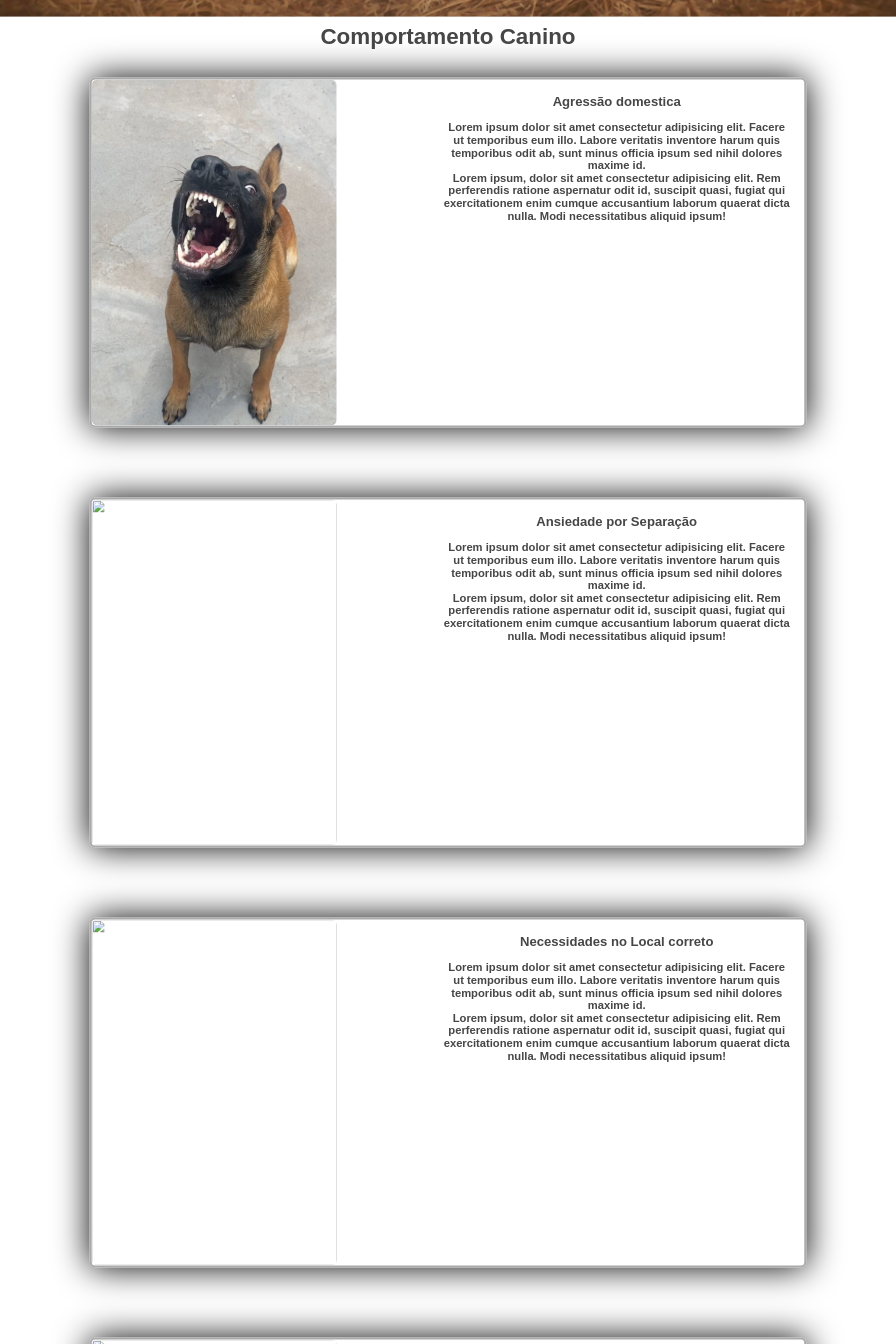
Repository: KevynMarques/Blog-React-StyledComponent
Page: /, after clicking the first element matching `button.sc-fqkvVR`
An editor plug-in stored every save of this project. The page is shown before and after the next save, followed by the edit.
The browser window is 1280 px wide. The pictures show the part of the page from y = 304 to 2224 px (the page is 3415 px tall), at 70% of full size.
The project was rebuilt for these pictures with package versions that can differ from the ones it lists, and the page was loaded fresh each time. Also part of the build but not shown: src/Components/Equipamentos/style.jsx, src/Components/Equipamentos/index.jsx.

Above is the page before, as saved 2022-02-02 16:17:02.

After the next save:
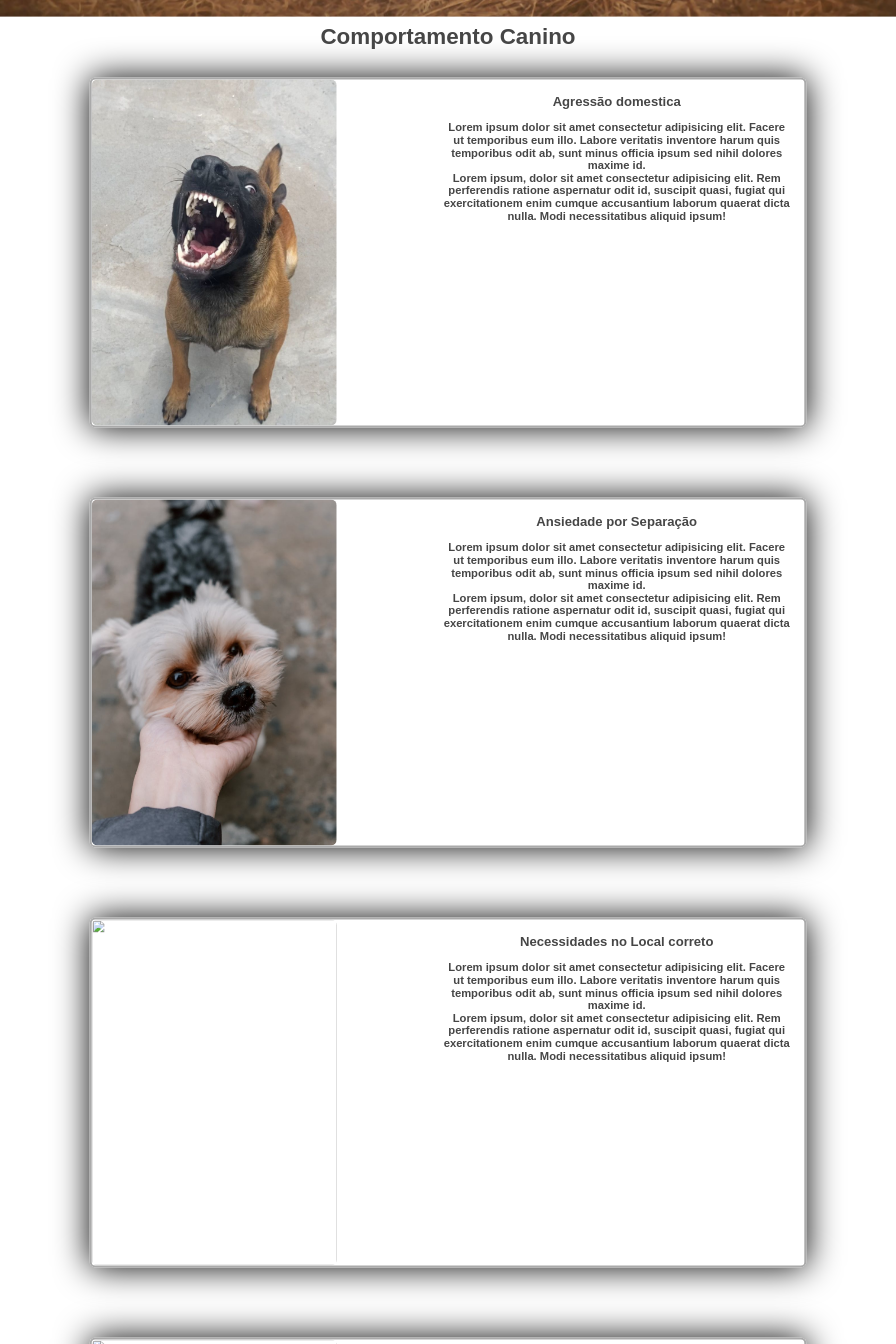
Saved 7 s later.
--- a/src/Components/Comportamental/index.jsx
+++ b/src/Components/Comportamental/index.jsx
@@ -39,7 +39,7 @@ export default () => {
     Lorem ipsum, dolor sit amet consectetur adipisicing elit. Rem perferendis ratione aspernatur odit id, suscipit quasi, fugiat qui exercitationem enim cumque accusantium laborum quaerat dicta nulla. Modi necessitatibus aliquid ipsum!
     </p>
     <div>
-        <img src="" />
+        <img src={York} />
        </div>
     </section>
     </Container>
